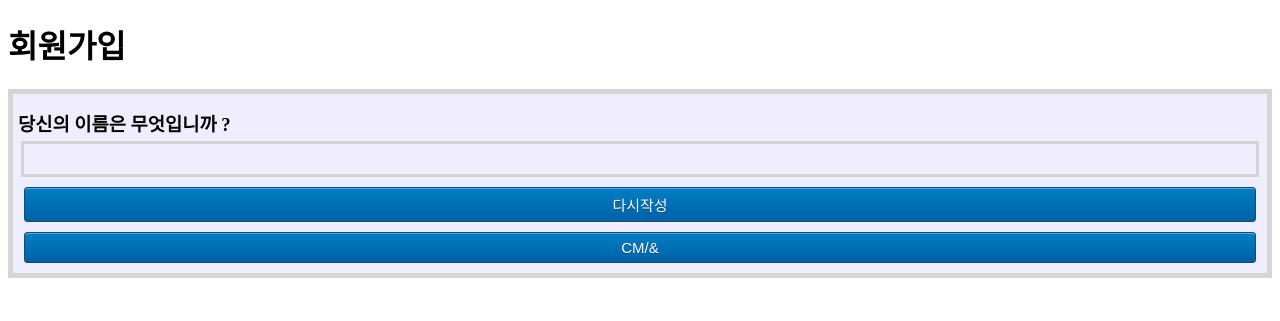
Repository: chaejunho689/bitcamp
Page: jQuery/src/main/webapp/02_jQueryEvent/exam10.html
An editor plug-in stored every save of this project. The page is shown before and after a run of saves, followed by the edit.
The browser window is 1280 px wide. The pictures show the whole page.

Above is the page before, as saved 2024-08-23 02:01:35.

After the next 3 saves:
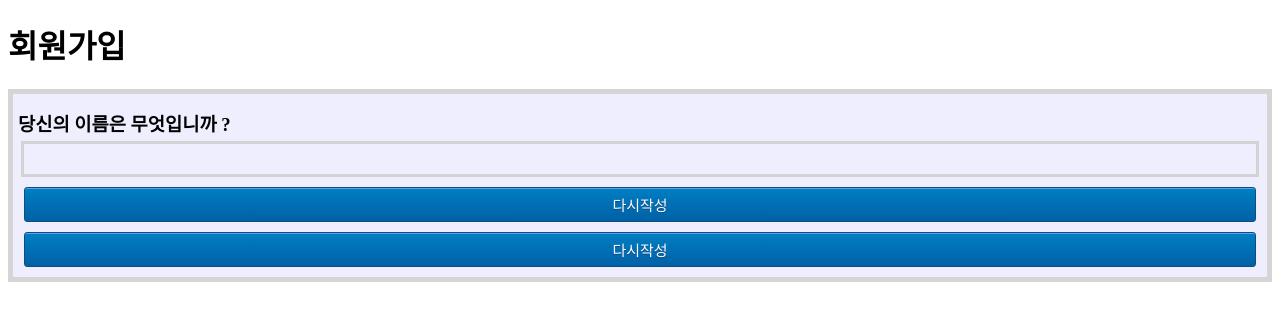
The 3 saves are shown as one change because they came seconds apart.
The last was saved 19 s later.
--- a/jQuery/src/main/webapp/02_jQueryEvent/exam10.html
+++ b/jQuery/src/main/webapp/02_jQueryEvent/exam10.html
@@ -10,9 +10,9 @@
 	<form name="form1" action="form_ok.html">
 		<div id="input">
 			<h3>당신의 이름은 무엇입니까 ?</h3>
-			<input type="text" name="user_name" /> <input type="submit"
-				value="다시작성" class="myButton" /> <input type="reset" value="CM/&"
-				class="myButton" />
+			<input type="text" name="user_name" />
+			<input type="submit" value="다시작성" class="myButton" />
+			<input type="reset" value="다시작성" class="myButton" />
 		</div>
 	</form>
 
